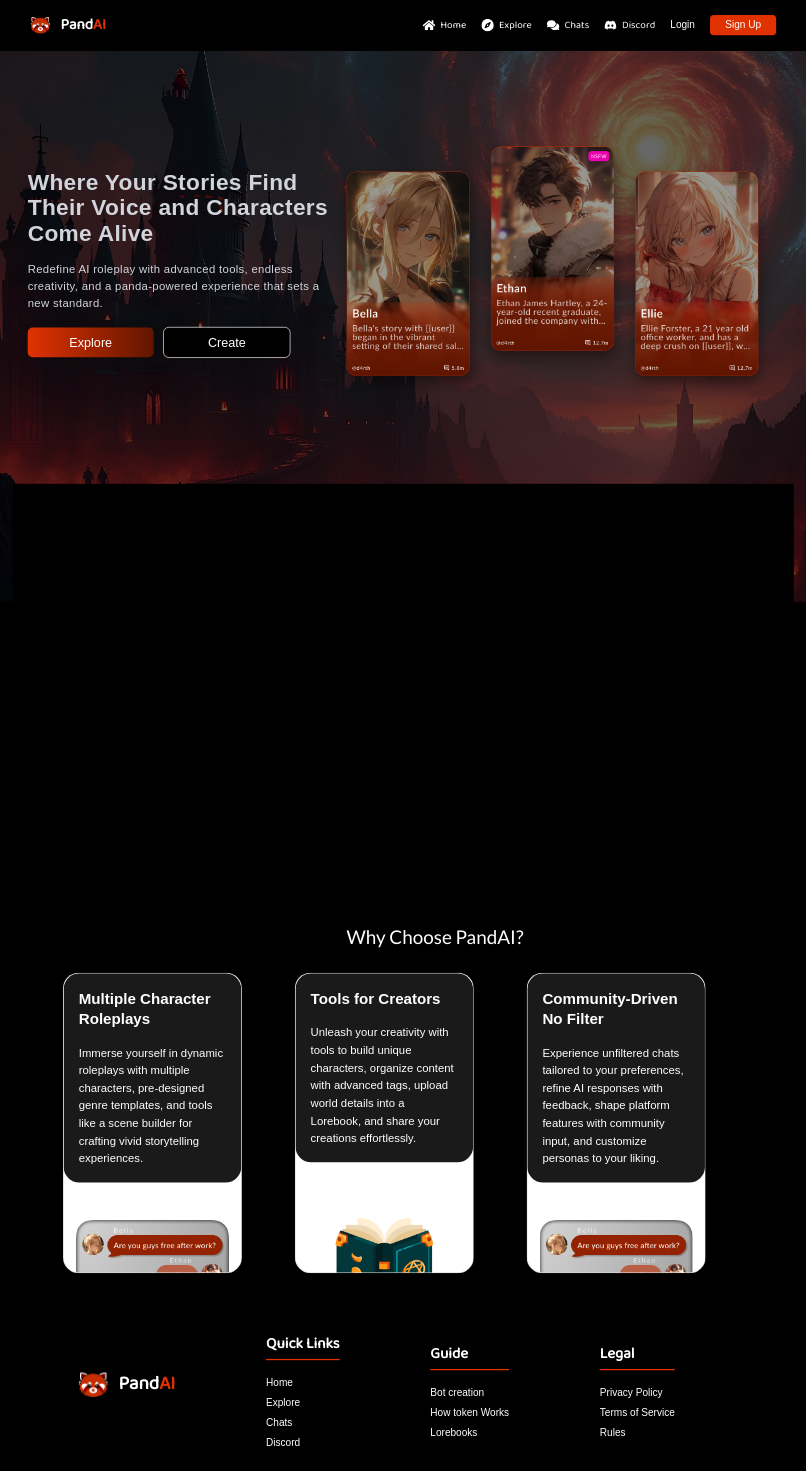
Repository: PandamoniumAI/Pandamonium
Page: /preview
An editor plug-in stored every save of this project. The page is shown before and after the next save, followed by the edit.
The browser window is 1280 px wide. The pictures show the whole page, at 63% of full size.
Some web libraries are served in a nearby version. The project was rebuilt for these pictures with package versions that can differ from the ones it lists, and the page was loaded fresh each time. Also part of the build but not shown: vite.config.js, src/Utils/Utils.js, src/Components/SearchBar/SearchBar.jsx, src/Components/CSS/CharacterCard.css, src/Components/CharacterCard/CharacterCard.jsx, src/Components/CSS/CharacterCardModal.css, src/Components/CharacterCardModal/CharacterCardModal.jsx, src/Components/CSS/Tags.css and 15 more.

Above is the page before, as saved 2025-01-01 21:39:32.

After the next save:
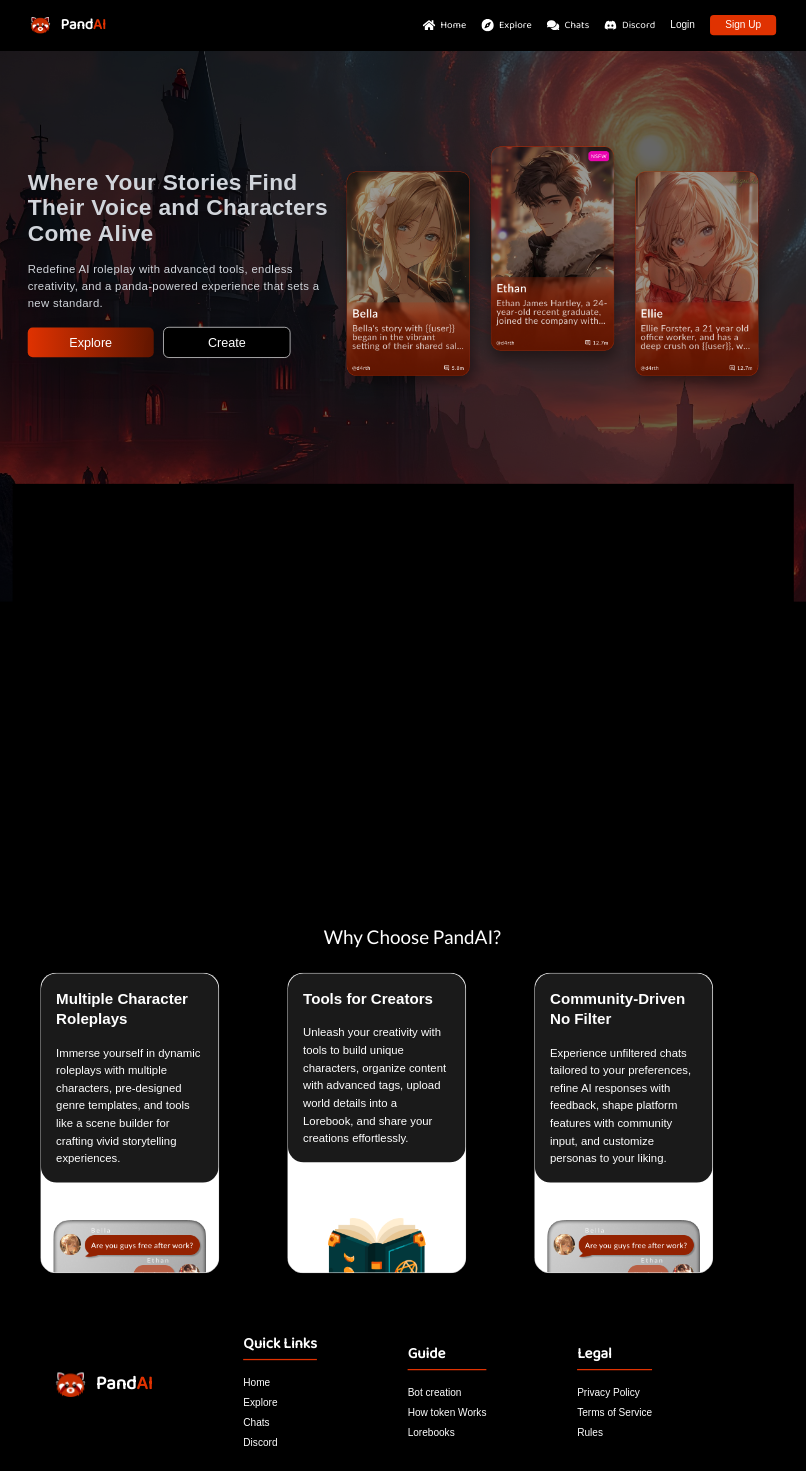
Saved 10 s later.
--- a/src/Preview/Preview.jsx
+++ b/src/Preview/Preview.jsx
@@ -91,7 +91,7 @@
         </div>
       </div>
 
-      <div className="infostart px-10 relative bg-black" style={{top: "700px"}}>
+      <div className="infostart px-1 relative bg-black" style={{top: "700px"}}>
       <div className="info px-10 relative bg-black" style={{top: "700px"}}>
         <div className="infotext mb-8 text-white">
           <h1 className="text-3xl font-lato text-white ml-[450px]">
